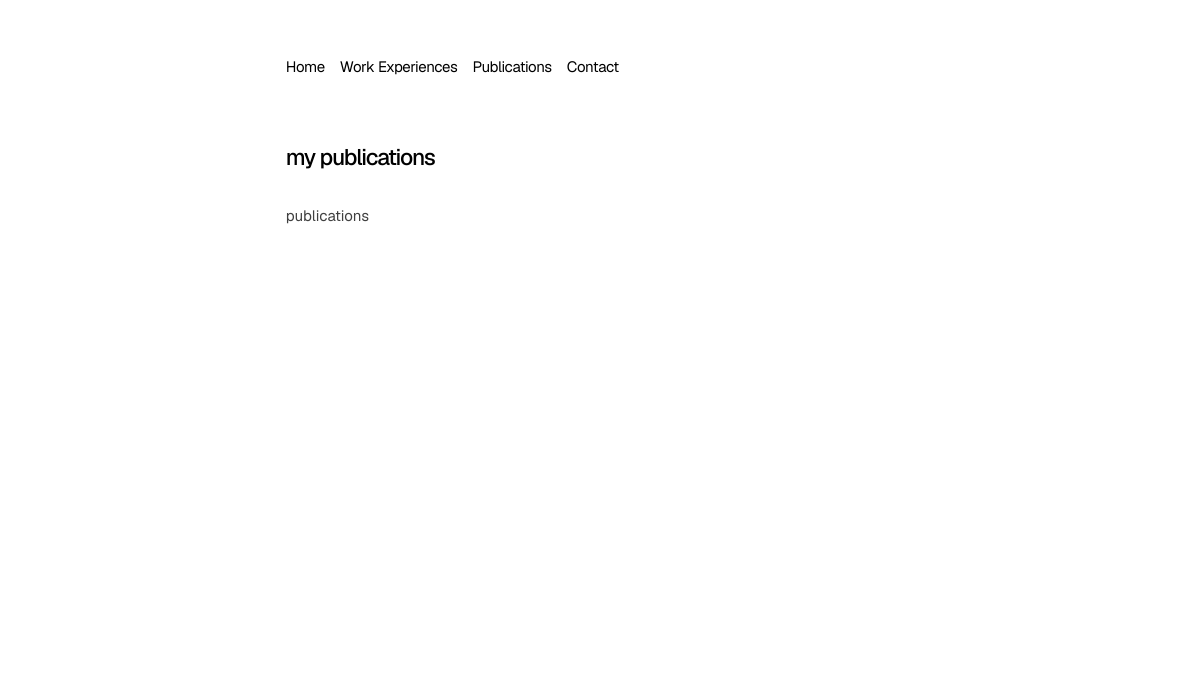
Repository: kimixz/kimixz.github.io
Page: /publications
The author's editor kept a copy of each file at every save. The page is drawn from the files as they stood at one save, then again after the next save.
The browser window is 1280 px wide. The pictures show the whole page, at 94% of full size.
The project was rebuilt for these pictures with package versions that can differ from the ones it lists, and the page was loaded fresh each time. Some packages were replaced by stand-ins written for this rebuild. The framework's server and built-in components were replaced by stand-ins that run in the browser. Also part of the build but not shown: next.config.mjs, app/blog/[slug]/sandpack.tsx.

Above is the page before, as saved 2024-07-28 16:30:37.

After the next save:
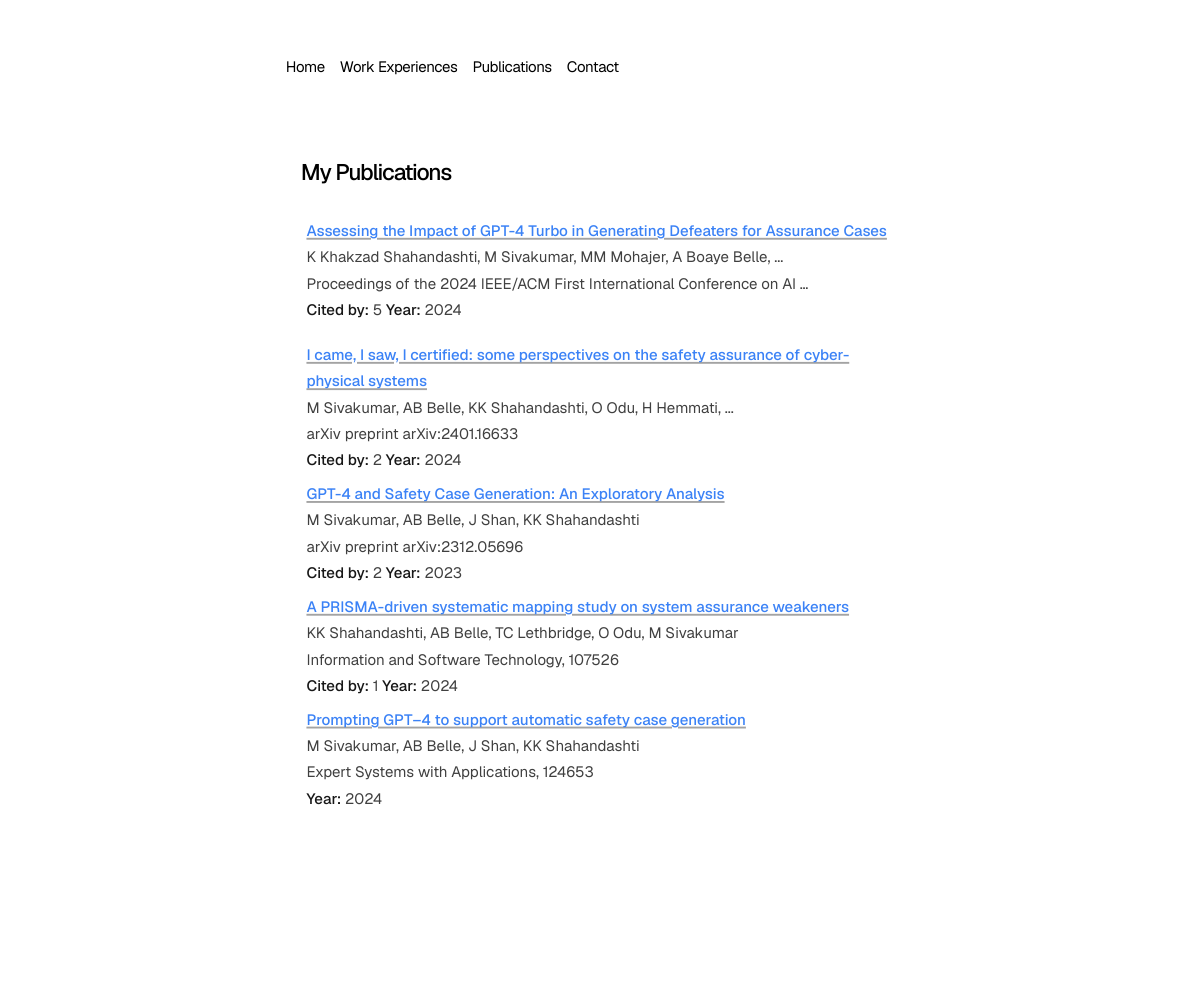
Saved 53 s later.
--- a/app/publications/page.tsx
+++ b/app/publications/page.tsx
@@ -1,10 +1,42 @@
 export default function Page() {
     return (
-      <section>
-        <h1 className="font-medium text-2xl mb-8 tracking-tighter">my publications</h1>
-        <p className="prose prose-neutral dark:prose-invert">
-          publications
-        </p>
+      <section className="max-w-3xl mx-auto p-4">
+        <h1 className="font-medium text-2xl mb-8 tracking-tighter">My Publications</h1>
+
+        <section className="mb-8">
+          <ul className="prose prose-neutral dark:prose-invert">
+            <li>
+              <a href="https://example.com/paper1" className="text-blue-500">Assessing the Impact of GPT-4 Turbo in Generating Defeaters for Assurance Cases</a><br />
+              K Khakzad Shahandashti, M Sivakumar, MM Mohajer, A Boaye Belle, ...<br />
+              Proceedings of the 2024 IEEE/ACM First International Conference on AI …<br />
+              <strong>Cited by:</strong> 5 <strong>Year:</strong> 2024
+            </li>
+            <li>
+              <a href="https://example.com/paper2" className="text-blue-500">I came, I saw, I certified: some perspectives on the safety assurance of cyber-physical systems</a><br />
+              M Sivakumar, AB Belle, KK Shahandashti, O Odu, H Hemmati, ...<br />
+              arXiv preprint arXiv:2401.16633<br />
+              <strong>Cited by:</strong> 2 <strong>Year:</strong> 2024
+            </li>
+            <li>
+              <a href="https://example.com/paper3" className="text-blue-500">GPT-4 and Safety Case Generation: An Exploratory Analysis</a><br />
+              M Sivakumar, AB Belle, J Shan, KK Shahandashti<br />
+              arXiv preprint arXiv:2312.05696<br />
+              <strong>Cited by:</strong> 2 <strong>Year:</strong> 2023
+            </li>
+            <li>
+              <a href="https://example.com/paper4" className="text-blue-500">A PRISMA-driven systematic mapping study on system assurance weakeners</a><br />
+              KK Shahandashti, AB Belle, TC Lethbridge, O Odu, M Sivakumar<br />
+              Information and Software Technology, 107526<br />
+              <strong>Cited by:</strong> 1 <strong>Year:</strong> 2024
+            </li>
+            <li>
+              <a href="https://example.com/paper5" className="text-blue-500">Prompting GPT–4 to support automatic safety case generation</a><br />
+              M Sivakumar, AB Belle, J Shan, KK Shahandashti<br />
+              Expert Systems with Applications, 124653<br />
+              <strong>Year:</strong> 2024
+            </li>
+          </ul>
+        </section>
       </section>
     );
   }
